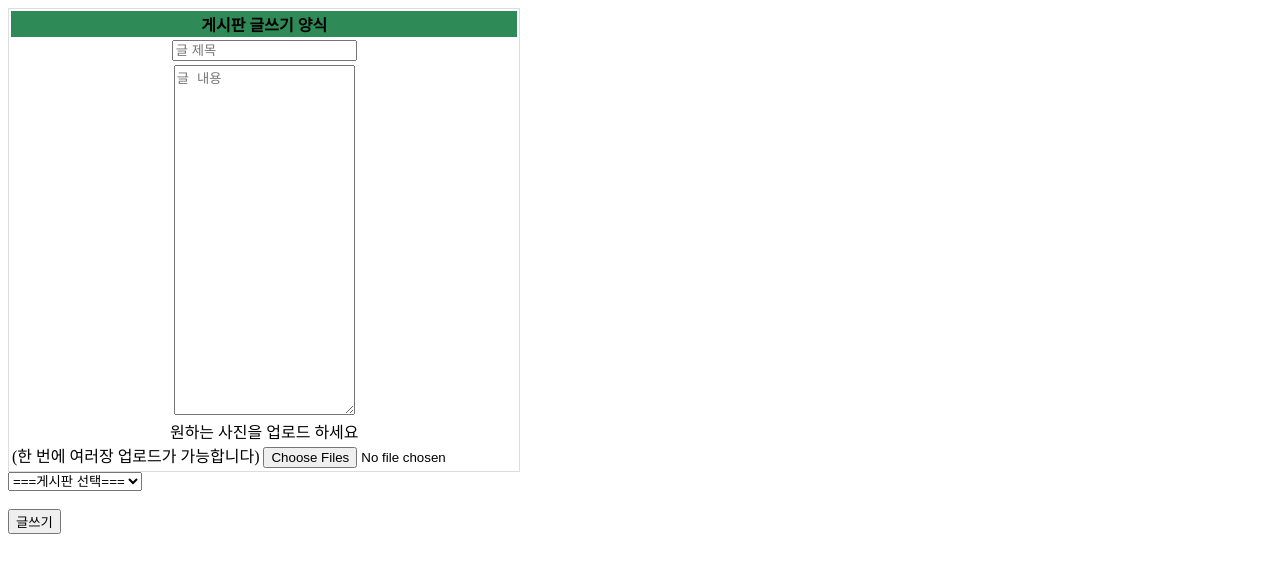
Repository: KimJinHwan999/ToyProject-makeBoard-springBoot
Page: http://localhost/board/WEB-INF/views/board/write.jsp
These files come from the project's save history. The page is drawn as it stood at one moment and after the next save; the edit follows.
The browser window is 1280 px wide. The pictures show the whole page.
The page is served by Tomcat 9. Nobody is signed in. Other server files are loaded and not shown. The template is opened directly, without the code that normally fills it, so the values that code supplies are empty.

Above is the page before, as saved 2023-06-22 07:14:58.

### board/src/main/webapp/WEB-INF/views/board/write.jsp
<%@ page language="java" contentType="text/html; charset=UTF-8" pageEncoding="UTF-8"%>
<%@ taglib prefix="c" uri="http://java.sun.com/jsp/jstl/core" %>

<body>

	<div class="container">
		<div class="row">
			<form action="${path }" method="post" name="writeForm" id="writeForm" encType="multipart/form-data">
				<table class="table table-striped" style="text-align: center; border: 1px solid #dddddd">
					<thead>
						<tr>
							<th colspan="2" style="background-color: #2e8b57; text-align:center;">게시판 글쓰기 양식</th>
						</tr>
					</thead>
					<tbody>
						<tr>
							<td><input type="text" class="form-control" placeholder="글 제목" name="post_name" id="post_name" maxlength="50" value="${board.post_name }"></td>
						</tr>
						<tr>
							<td><textarea class="form-control" placeholder="글 내용" name="post_text" id="post_text" maxlength="2048" style="height: 350px">${board.post_text }</textarea></td>
						</tr>
						<tr>
							<td>
								<label for="post_img">
									원하는 사진을 업로드 하세요<br>
									(한 번에 여러장 업로드가 가능합니다)
								</label>
								<input type="file" name="file" id="post_img" accept="image/*" multiple />
								<div id="img-file"></div>
								<div id="img-file-name"></div>
							</td>
						</tr>
					</tbody>
				</table>




				<div class="pull-right">

					<c:set var="board_num" value="${board.board_num }"/>

					<select name="board_num" id="board_num">
						<option value="0">===게시판 선택===</option>
						<option value="1" <c:if test="${board_num eq 1}">selected</c:if>>유머 게시판</option>
						<option value="2" <c:if test="${board_num eq 2}">selected</c:if>>스포츠 게시판</option>
						<option value="3" <c:if test="${board_num eq 3}">selected</c:if>>게임 게시판</option>
					</select>



					<input type="text" name="post_views" id="post_views" value="0" style="display:none;"/>

					<br>
					<br>

					<input type="submit" class="btn btn-success pull-right" value="글쓰기">

					<br>
					<br>

					<div class="pull-right">
						<span id="msg" style="color:red">${msg }</span>
					</div>
				</div>

			</form>
		</div>

	</div>

</body>

After the next save:
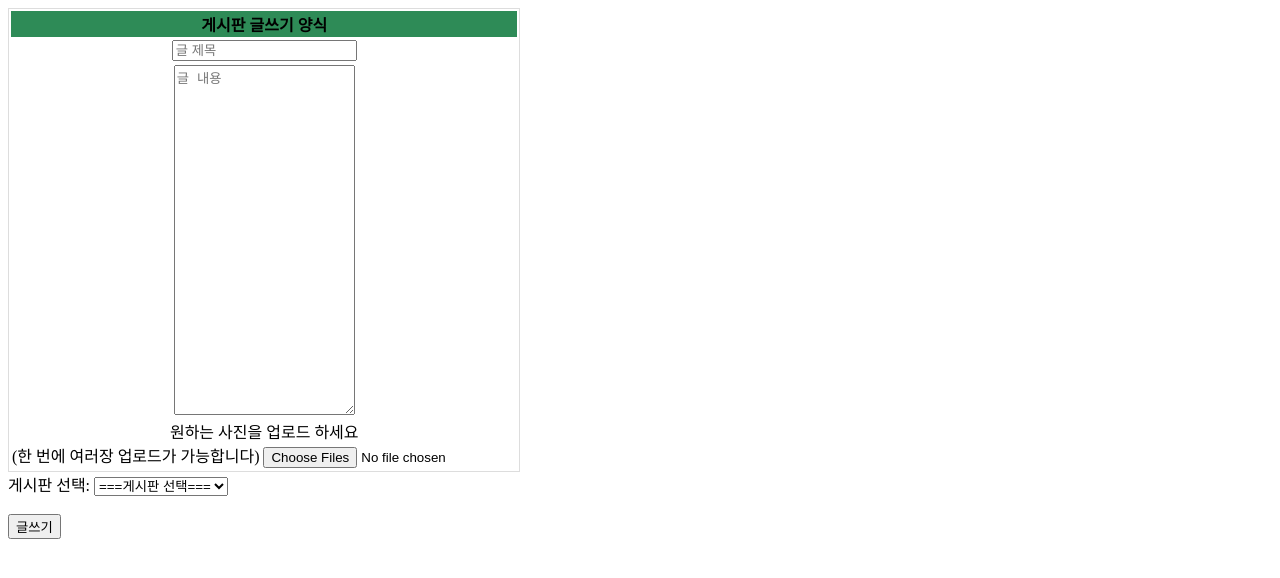
Saved 40 s later.
--- a/board/src/main/webapp/WEB-INF/views/board/write.jsp
+++ b/board/src/main/webapp/WEB-INF/views/board/write.jsp
@@ -39,7 +39,7 @@
 				<div class="pull-right">
 
 					<c:set var="board_num" value="${board.board_num }"/>
-
+					<label for="board_num">게시판 선택: </label>
 					<select name="board_num" id="board_num">
 						<option value="0">===게시판 선택===</option>
 						<option value="1" <c:if test="${board_num eq 1}">selected</c:if>>유머 게시판</option>
